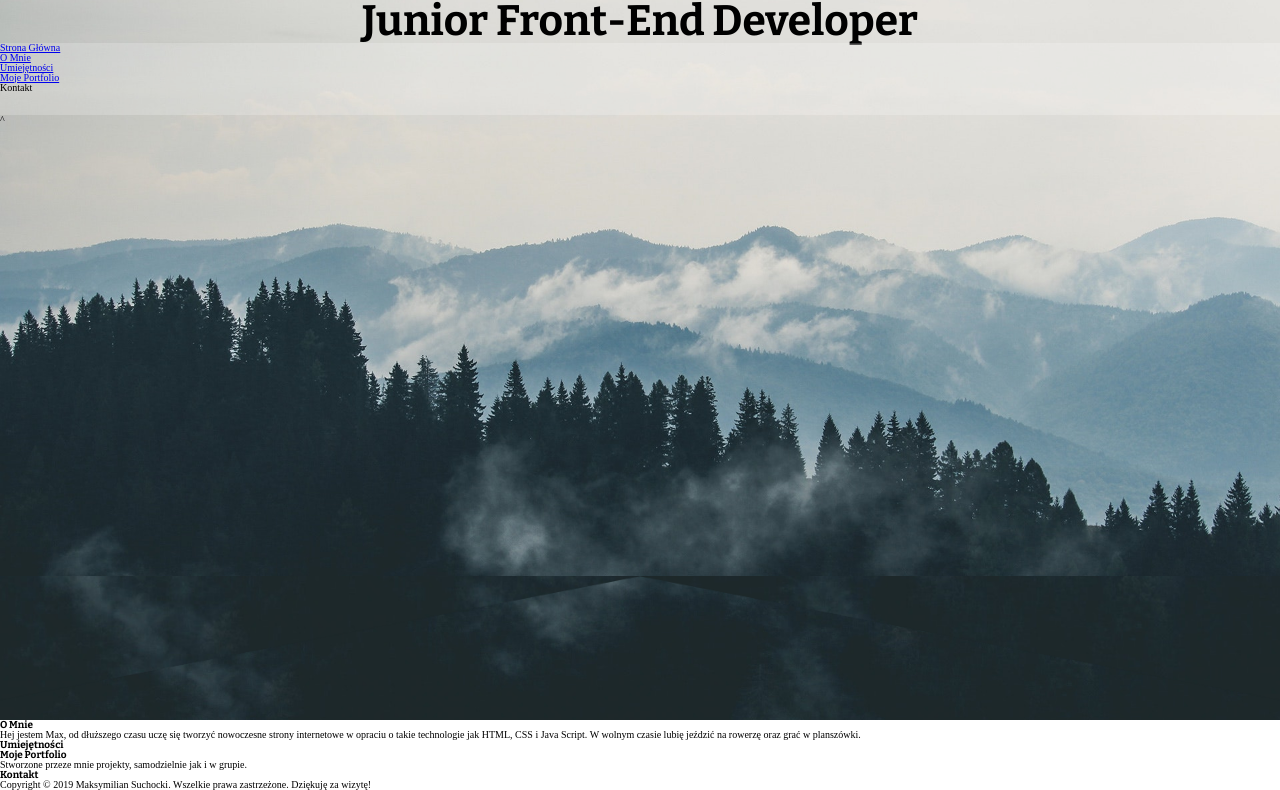
Repository: Maxs777/wizytowka
Page: index.html
The author's editor kept a copy of each file at every save. The page is drawn from the files as they stood at one save, then again after a run of saves.
The browser window is 1280 px wide. The pictures show the whole page.

Above is the page before, as saved 2019-03-10 13:00:31.

After the next 3 saves:
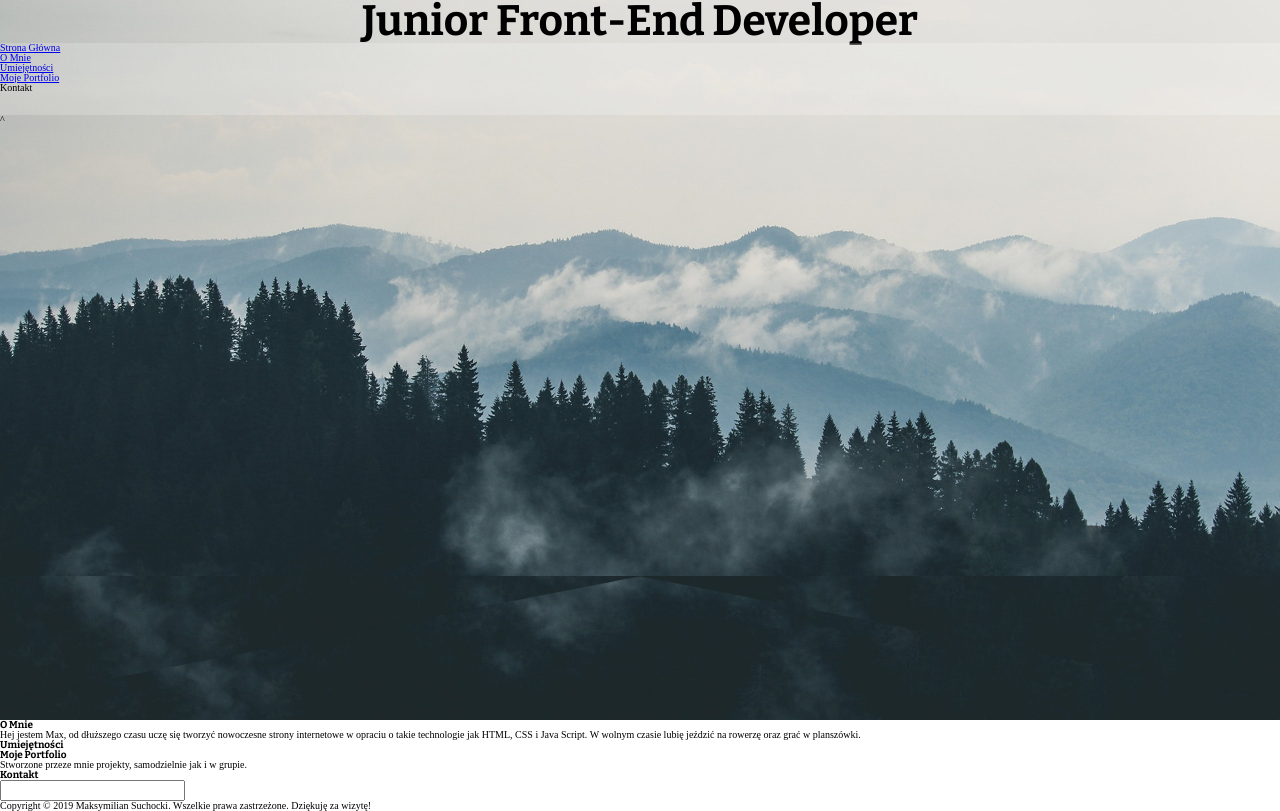
The 3 saves are shown as one change because they came seconds apart.
The last was saved 12 s later.
--- a/index.html
+++ b/index.html
@@ -53,7 +53,8 @@
             <section id="section4" class="contact">
                 <h2>Kontakt</h2>
                 <form action="">
-
+                    <label for=""></label>
+                    <input type="text">
                 </form>
             </section>
         </main>
